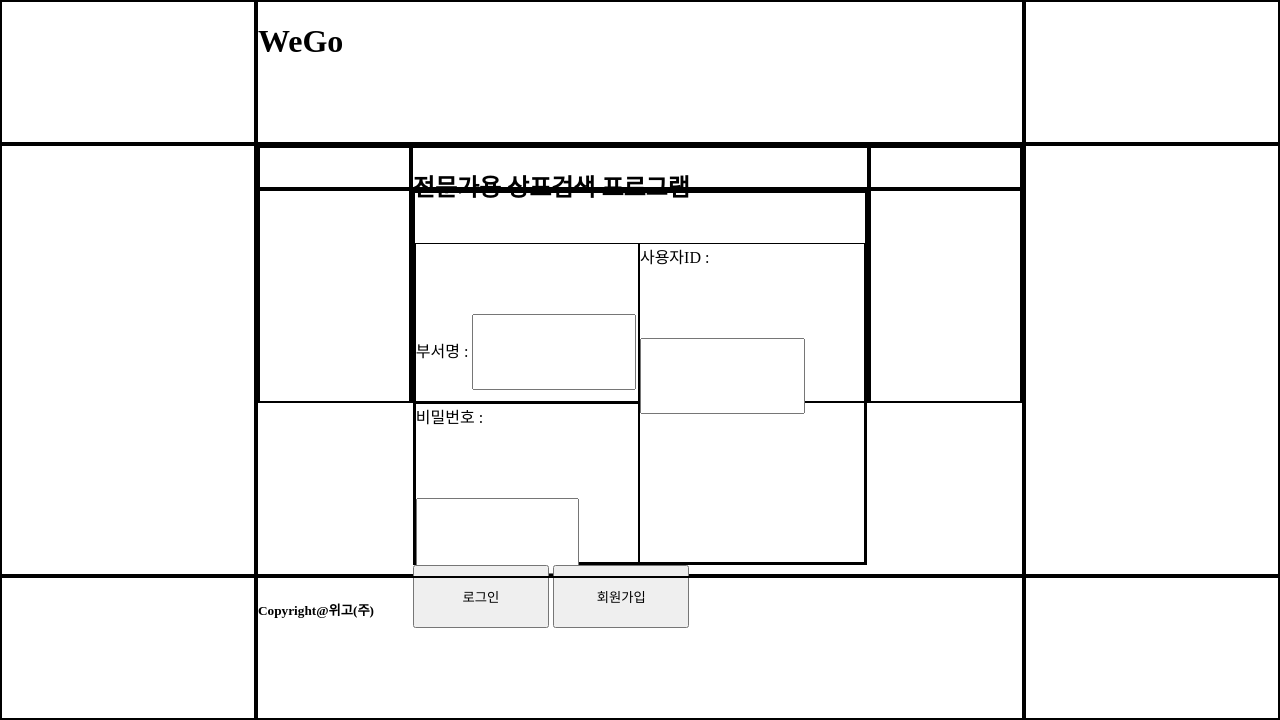
Repository: hamuse/wego1
Page: http://localhost/teamW1/facade.do
The author's editor kept a copy of each file at every save. The page is drawn from the files as they stood at one save, then again after the next save.
The browser window is 1280 px wide. The pictures show the whole page.
Some web libraries are served in a nearby version. The page is served by Tomcat 9.

Above is the page before, as saved 2019-10-07 10:44:02.

After the next save:
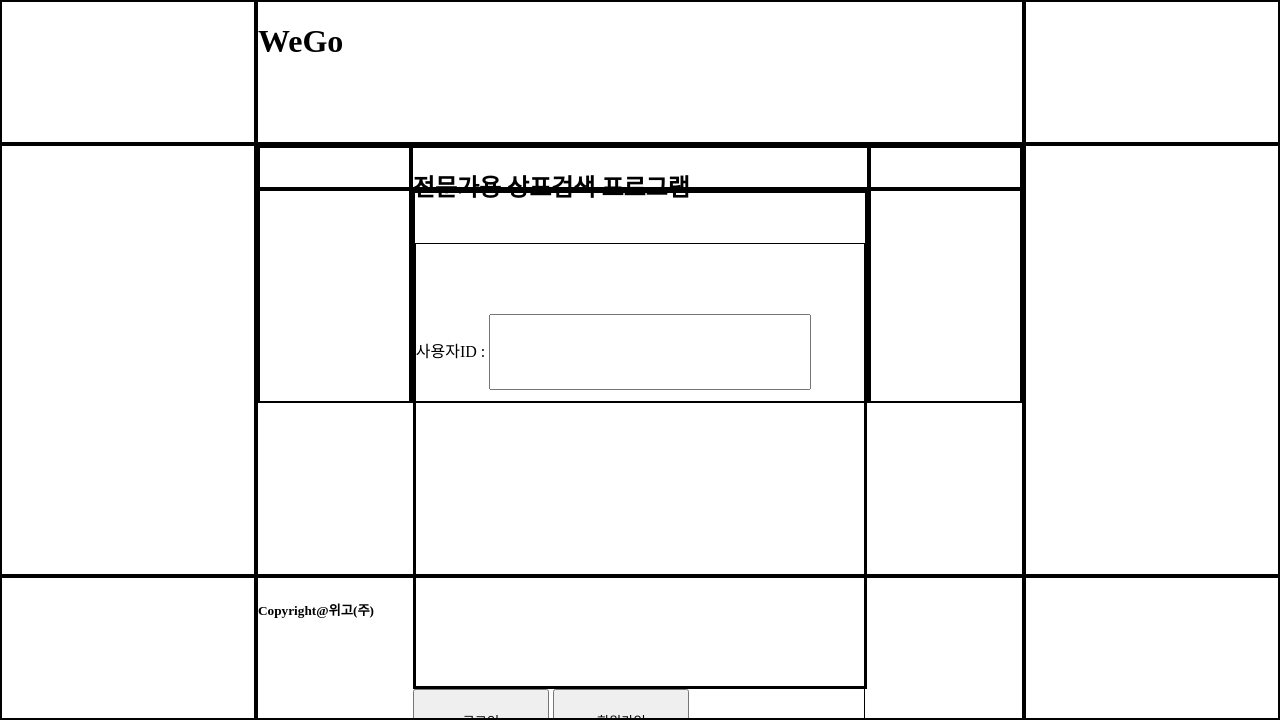
Saved 67 s later.
--- a/teamW1/WebContent/resources/css/style.css
+++ b/teamW1/WebContent/resources/css/style.css
@@ -37,7 +37,7 @@ html, body{
 #login_form{width: 100%; height: 100%}
 #login_tab div{border : 1px solid black;}
 #login_tab_item_1{grid-column: 1/2;}
-#login_tab_item_2{grid-column: 2/3;grid-row: 1/3;}
+#login_tab_item_2{grid-column: 1/2;grid-row: 1/3;}
 #login_tab_item_3{grid-column: 1/2;}
 #login_btn{width: 30%; height: 30%}
 #join_btn{width: 30%; height: 30%}
